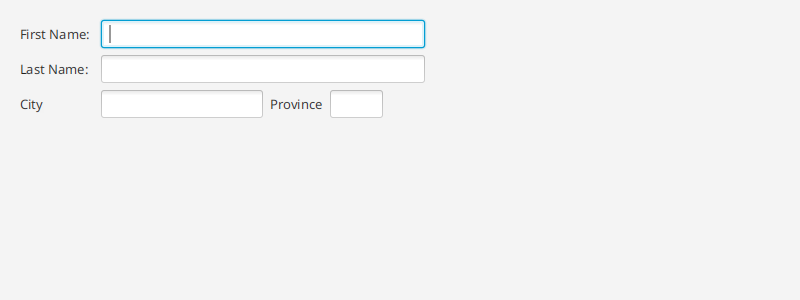
Repository: Mselenko/Java
Program's window: java w_5/JavaFx/src/garbage/CssExample.java
The author's editor kept a copy of each file at every save. The program's window is drawn from the files as they stood at one save, then again after the next save.
It runs on Java 21 on a 1366 x 768 screen with JavaFX 11; the title bar is not drawn.

Above is the program's window before, as saved 2019-06-22 00:20:20.

### w_5/JavaFx/src/garbage/CssExample.java
package garbage;

import javafx.application.Application;
import javafx.geometry.HPos;
import javafx.geometry.Insets;
import javafx.scene.Scene;
import javafx.scene.control.ComboBox;
import javafx.scene.control.Label;
import javafx.scene.control.TextArea;
import javafx.scene.control.TextField;
import javafx.scene.image.Image;
import javafx.scene.image.ImageView;
import javafx.scene.layout.GridPane;
import javafx.scene.paint.Color;
import javafx.scene.paint.Paint;
import javafx.scene.paint.RadialGradientBuilder;
import javafx.scene.paint.Stop;
import javafx.stage.Stage;

/**
 * Created on: 23.06.2012
 * @author Sebastian Damm
 */
public class CssExample extends Application{
//{
//    private final Paint background = RadialGradientBuilder.create()
//            .stops(new Stop(0d, Color.TURQUOISE), new Stop(1, Color.web('3A5998')))
//            .centerX(0.5d).centerY(0.5d).build();
    private final String LABEL_STYLE = "-fx-text-fill: white; -fx-font-size: 14;"
            + "-fx-effect: dropshadow(one-pass-box, black, 5, 0, 1, 1);";

    @Override
    public void start(Stage primaryStage) throws Exception
    {
        Scene scene = new Scene(createGridPane(), 800, 300);
        primaryStage.setTitle("GridPaneExample 2 - User form");
        primaryStage.setScene(scene);
        primaryStage.show();
    }

    private GridPane createGridPane()
    {
        GridPane gridPane = new GridPane();
        gridPane.setPadding(new Insets(20, 20, 20, 20));
        gridPane.setHgap(7); gridPane.setVgap(7);

        Label lbFirstName = new Label("First Name: ");
        //lbFirstName.setStyle(LABEL_STYLE);
        GridPane.setHalignment(lbFirstName, HPos.LEFT);
        TextField tfFirstName = new TextField();
        //tfFirstName.setPrefColumnCount(40);
        GridPane.setColumnSpan(tfFirstName, 10);

        Label lbLastName = new Label("Last Name:");
        //lbLastName.setStyle(LABEL_STYLE);
        GridPane.setHalignment(lbLastName, HPos.LEFT);
        TextField tfLastName = new TextField();
       // tfLastName.setPrefColumnCount(40);
        GridPane.setColumnSpan(tfLastName, 10);

//        Label lbCity = new Label("City:");
//        //lbCity.setStyle(LABEL_STYLE);
//        GridPane.setHalignment(lbCity, HPos.LEFT);
//        TextField tfCity = new TextField();
//        GridPane.setHalignment(tfCity, HPos.LEFT);
//        GridPane.setColumnSpan(tfCity, 5);
//
//        Label lbProvince = new Label("Province: ");
//
//        //lbStreetNr.setStyle(LABEL_STYLE);
//        GridPane.setHalignment(lbProvince, HPos.LEFT);
//        ComboBox<String>  tfProvince = new ComboBox();
//        GridPane.setHalignment(tfProvince, HPos.LEFT);
//
//        Label lbpCode = new Label("Postal Code:");
//        //lbCity.setStyle(LABEL_STYLE);
//        GridPane.setHalignment(lbpCode, HPos.LEFT);
//        TextField tfpCode = new TextField();
//
//

        Label lbCity = new Label("City");

        GridPane.setHalignment(lbCity, HPos.LEFT);
        TextField tfCity = new TextField();
       // tfCity.setPrefColumnCount(5);
        GridPane.setColumnSpan(tfCity, 2);

Label lbProvince = new Label("Province");

        GridPane.setHalignment(lbProvince, HPos.LEFT);
        TextField tfProvince = new TextField();
        tfProvince.setPrefColumnCount(3);

//        tfStreet.setPrefColumnCount(5);
//        GridPane.setColumnSpan(tfStreet, 2);
//        TextField tfNumber = new TextField();
//        tfNumber.setPrefColumnCount(3);

//        Label lbNotes = new Label("Notes:");
//        lbNotes.setStyle(LABEL_STYLE);
//        GridPane.setHalignment(lbNotes, HPos.RIGHT);
//        TextArea taNotes = new TextArea();
//        taNotes.setPrefColumnCount(5);
//        taNotes.setPrefRowCount(5);
//        GridPane.setColumnSpan(taNotes, 3);
//        GridPane.setRowSpan(taNotes, 2);



//        gridPane.setGridLinesVisible(true);

        gridPane.add(lbFirstName, 0, 0); gridPane.add(tfFirstName, 1, 0);
        gridPane.add(lbLastName, 0, 1); gridPane.add(tfLastName, 1, 1);

        //gridPane.add(imageView, 2, 0); gridPane.add(lbLastName, 0, 1);
       // gridPane.add(tfLastName, 1, 1); gridPane.add(lbCity, 0, 2);
        gridPane.add(lbCity, 0, 2); gridPane.add(tfCity, 1, 2);
        gridPane.add(lbProvince, 3, 2); gridPane.add(tfProvince, 4, 2);
        //gridPane.add(lbpCode, 5, 2); gridPane.add(tfpCode, 6, 2);
       // gridPane.add(lbNotes, 0, 4); gridPane.add(taNotes, 1, 4);

        return gridPane;
    }

    public static void main(String[] args)
    {   Application.launch(args);   }
}

After the next save:
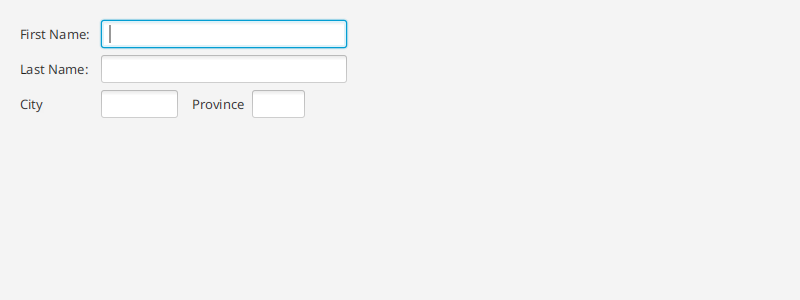
Saved 20 s later.
--- a/w_5/JavaFx/src/garbage/CssExample.java
+++ b/w_5/JavaFx/src/garbage/CssExample.java
@@ -83,8 +83,8 @@
 
         GridPane.setHalignment(lbCity, HPos.LEFT);
         TextField tfCity = new TextField();
-       // tfCity.setPrefColumnCount(5);
-        GridPane.setColumnSpan(tfCity, 2);
+       tfCity.setPrefColumnCount(5);
+        //GridPane.setColumnSpan(tfCity, 2);
 
 Label lbProvince = new Label("Province");
 
